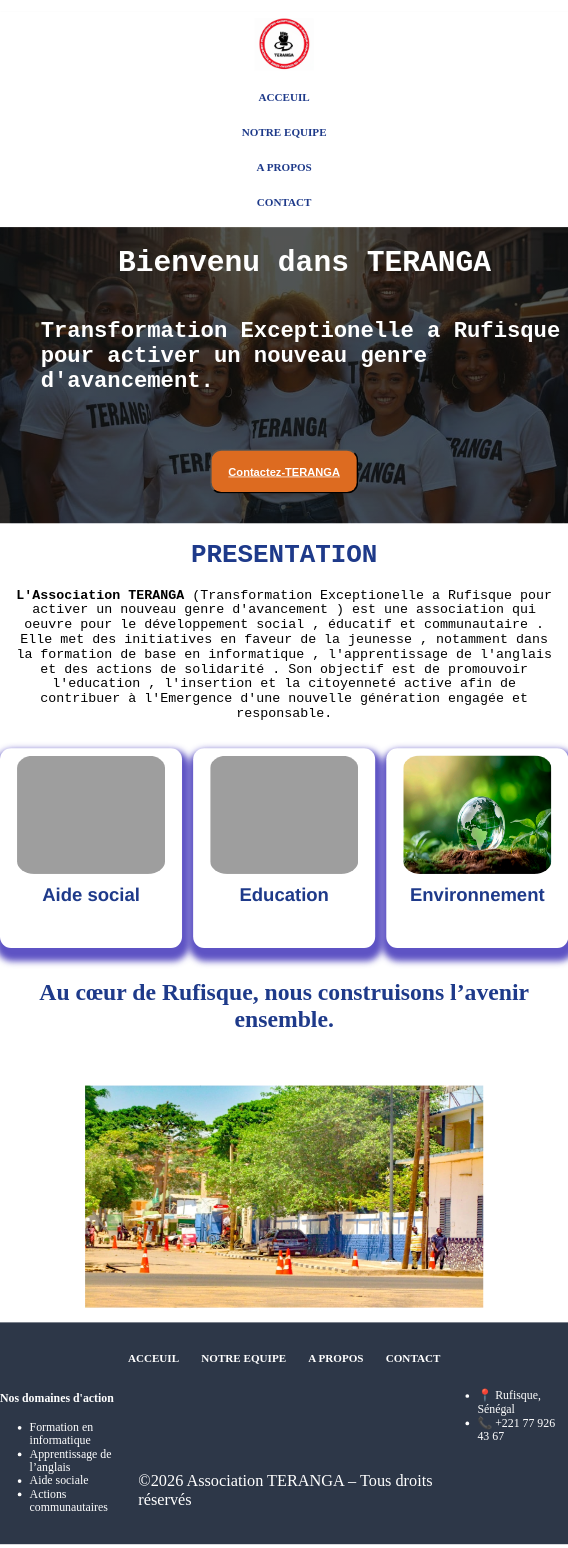
Repository: assanendao171/projet-teranga
Page: acceuil.html
The author's editor kept a copy of each file at every save. The page is drawn from the files as they stood at one save, then again after the next save.
The browser window is 768 px wide. The pictures show the whole page, at 74% of full size.
Pictures or frames that could not be fetched are drawn as grey boxes.

Above is the page before, as saved 2026-02-13 12:52:41.

After the next save:
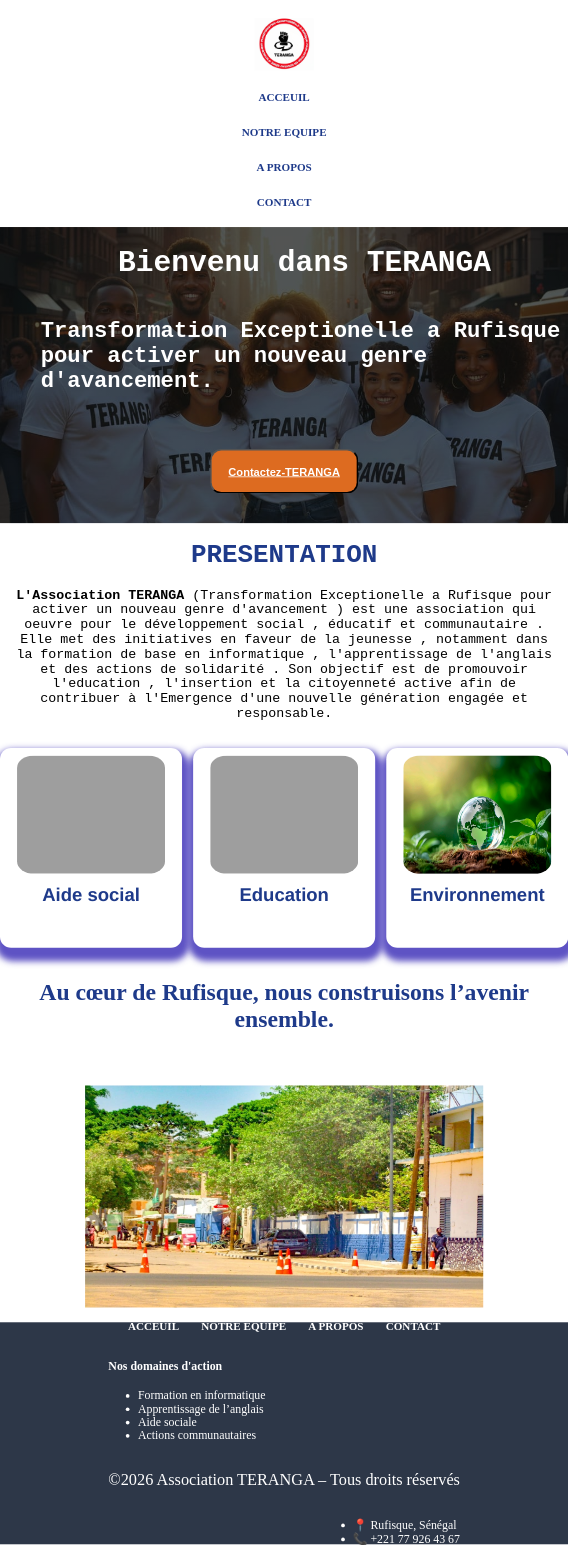
Saved 8 min 10 s later.
--- a/acceuil.css
+++ b/acceuil.css
@@ -274,7 +274,7 @@ footer {
 .btn-footer,.liste-footer,.copyright,.contact{
     margin: 0;
 }
-.bloc-footer{
+.contain-footer{
     display: flex;
     flex-direction: column;
 }
